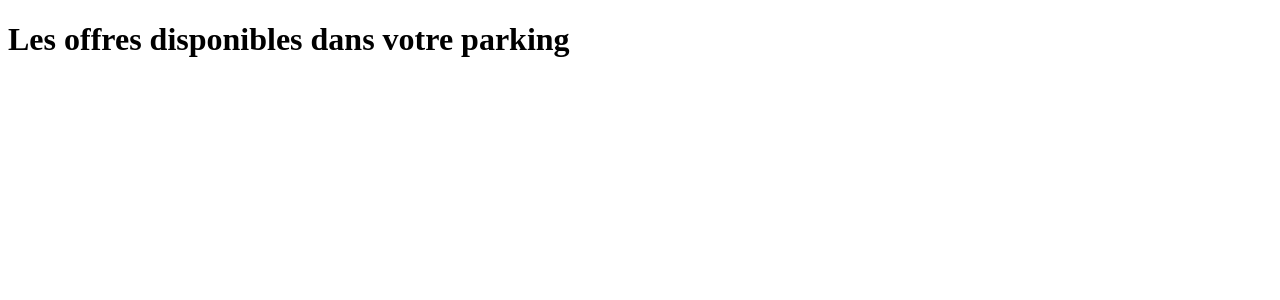
Repository: lysianebo/OHMYFOOD
Page: perso/cartes-tournantes/cartes.html
These files come from the project's save history. The page is drawn as it stood at one moment and after the next save; the edit follows.
The browser window is 1280 px wide. The pictures show the whole page.

Above is the page before, as saved 2022-10-21 15:26:21.

### perso/cartes-tournantes/cartes.html
<!DOCTYPE html>
<html lang="en">
<head>
    <meta charset="UTF-8">
    <meta http-equiv="X-UA-Compatible" content="IE=edge">
    <meta name="viewport" content="width=device-width, initial-scale=1.0">
    <title>Document</title>
</head>
<body>
    <div class="container">

        <h1>
            <span>Les offres disponibles</span>
            <span>dans votre parking</span>
        </h1>
    </div>
</body>
</html>

After the next save:
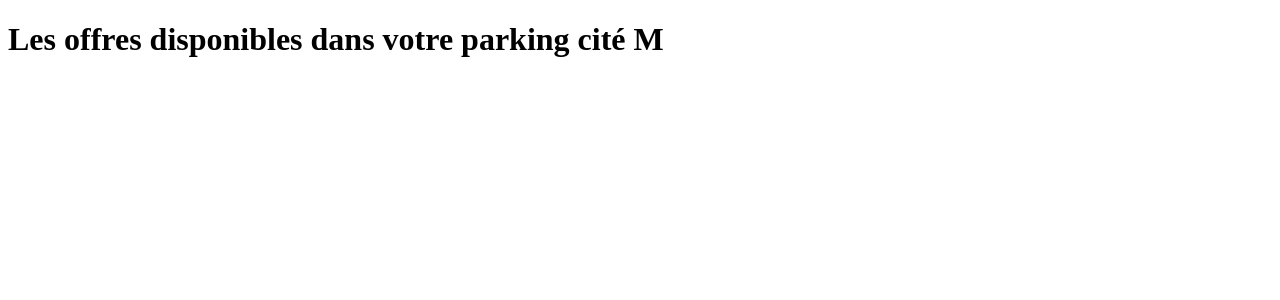
Saved 7 s later.
--- a/perso/cartes-tournantes/cartes.html
+++ b/perso/cartes-tournantes/cartes.html
@@ -11,7 +11,7 @@
 
         <h1>
             <span>Les offres disponibles</span>
-            <span>dans votre parking</span>
+            <span>dans votre parking cité M</span>
         </h1>
     </div>
 </body>
